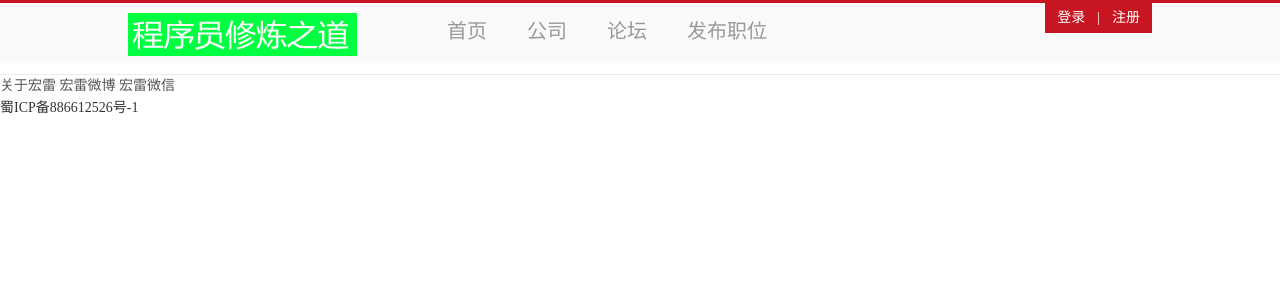
Repository: honglei92/javaweb_EE
Page: http://localhost/apple/
These files come from the project's save history. The page is drawn as it stood at one moment and after the next save; the edit follows.
The browser window is 1280 px wide. The pictures show the whole page.
The page is served by Tomcat 9.

Above is the page before, as saved 2013-09-02 06:17:09.

### apple/WebContent/index.html
<!DOCTYPE html PUBLIC "-//W3C//DTD HTML 4.01 Transitional//EN" "http://www.w3.org/TR/html4/loose.dtd">
<html xmlns:wb=“http://open.weibo.com/wb”>
<head>
<link rel="Shortcut Icon" href="images/whlicon.png">
<link rel="stylesheet" type="text/css" href="css/style.css">
<meta http-equiv="Content-Type" content="text/html; charset=UTF-8">
<title>&nbsp;王宏雷&nbsp;-&nbsp;致力成为注重实效的程序员</title>
<script src="http://tjs.sjs.sinajs.cn/open/api/js/wb.js"
	type="text/javascript" charset="utf-8"></script>
</head>
<body>
	<div id="body">
		<div id="header">
			<div class="wrapper">
				<a href="/" class="logo"> <img src="images/logo.png" width="229"
					height="43" alt="基础  投入  激情  耐心">
				</a>

				<ul class="reset" id="navheader">
					<li class="current"><a href="/">首页</a></li>
					<li><a href="/c/companylist.html">公司</a></li>
					<li><a href="/forum/list.html">论坛</a></li>
					<li><a href="/jobs/add.html">发布职位</a></li>
				</ul>

				<ul class="loginTop">
					<li><a href="/login.html" rel="nofollow">登录</a></li>
					<li>|</li>
					<li><a href="/register.html" rel="nofollow">注册</a></li>
				</ul>

				<wb:follow-button uid="1801806580" type="red_1" width="67"
					height="24" id="wbfocus"></wb:follow-button>
				<script type="text/javascript">

				</script>
			</div>
		</div>

		<div id="container"></div>
		<div id="footer">
			<div class="wrapper">
				<a href="/about.html" target="_blank" rel="nofollow">关于宏雷</a>
				<a href="http://weibo.com/youchuxi" target="_blank" rel="nofollow">宏雷微博</a>
				<a class="footer_qr" href="javascript:void(0)" rel="nofollow">宏雷微信</a>
				<div class="copyright">蜀ICP备886612526号-1</div>
			</div>
		</div>
	</div>
</body>
</html>

### apple/WebContent/css/style.css
@charset="utf-8";
html,body{
	height:100%;
}

#body{
	min-height: 100%;
	height: auto !important;
	height: 100%;
	margin: 0 0 -37px;
}

body{
	margin: 0;
	padding: 0;
	font: 14px/22px "微软雅黑","宋体","Arail";
	color: #333;
}

#header{
	height: 60px;
	background:#fafafa;
	border-top:3px solid #C81522;
}

#header .wrapper{
	width: 1024px;
	margin: 0 auto;
	position:relative;
	z-index: 10;
}

.logo{
	float: left;
	margin:10px 0 0 0 ;
}

#navheader{
	float: left;
	position: relative;
	margin-left: 30px;
	font-size:0;
}

#navheader li{
	height: 60px;
	display: inline-block;
	*dispaly:inline;
	*zoom:1;
	position: relative;
	z-index: 3;
	margin: 0;
	padding: 0 20px;
}

#navheader li.current{
	z-index:1;
}

#navheader li a{
	height: 57px;
	line-height: 57px;
	font-size: 20px;
	color:#999;
	float: left;
}

#navheader li.current.a{
	color:#333;
	border-bottom: 3px solid #019875;
}

#navheader li a:HOVER {
	color: #333;
}

#header ul.loginTop{
	margin: 0;
	padding: 0;
	list-style: none;
	position: absolute;
	right: 0;
	top: 0;
	overflow: hidden;
}

#header ul.loginTop li{
	float: left;
	color: #fff;
	height: 22px;
	background: #C81522;
	padding: 4px 0;
}

#header ul.loginTop a{
	color: #fff;
	padding: 0 12px;
}

#header ul.loginTop a:HOVER {
	color: #cceae3;
}

#wbfocus{
	float: right;
	margin: 5px 120px 0 0;
	height: 24px;
}

a{
	color: #555;
	text-decoration: none;
	cursor: pointer;
}

a:HOVER {
	color: #019875;
}

#footer{
	clear: both;
	height: 36px;
	border-top: 1px solid #ebebeb;
}

After the next save:
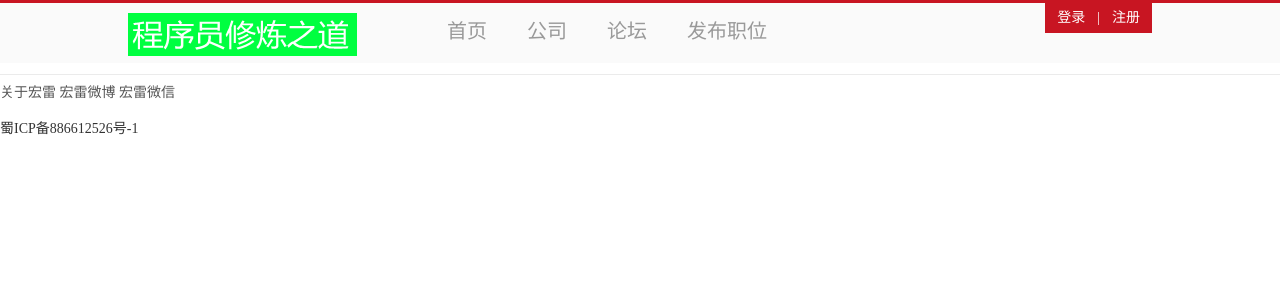
Saved 20 s later.
--- a/apple/WebContent/css/style.css
+++ b/apple/WebContent/css/style.css
@@ -121,4 +121,5 @@ a:HOVER {
 	clear: both;
 	height: 36px;
 	border-top: 1px solid #ebebeb;
+	line-height: 36px;
 }
